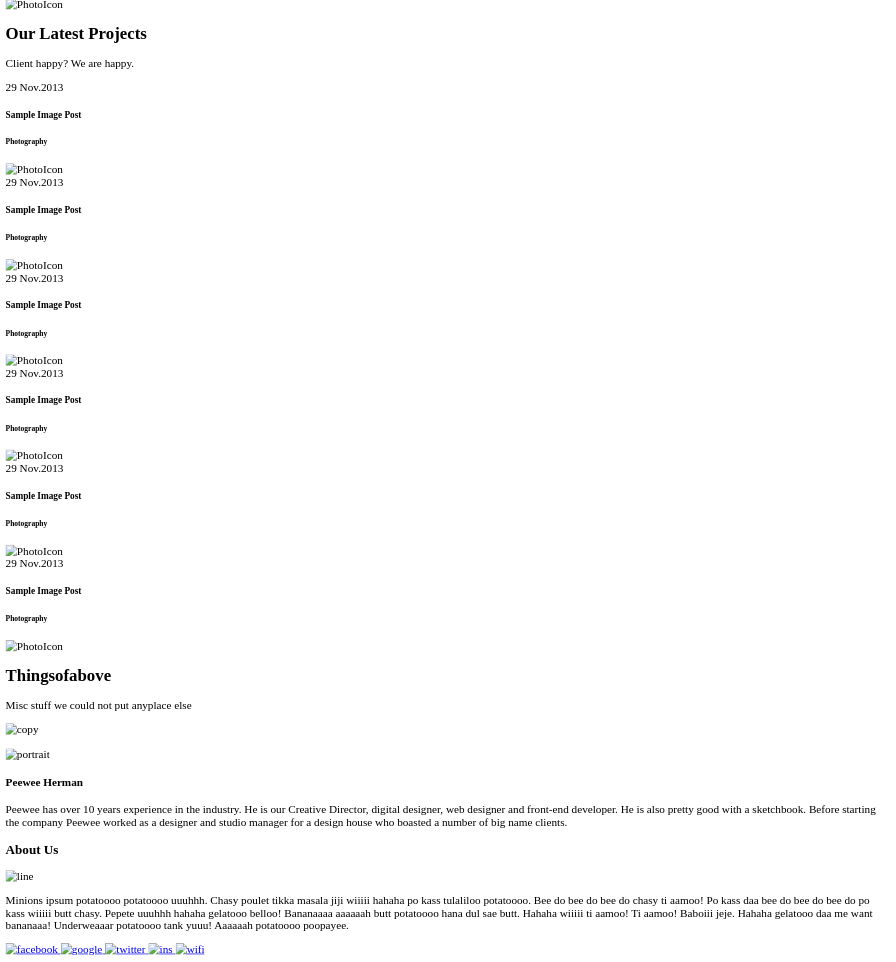
Repository: NelsonLiz/LAB_03---Project_1
Page: index.html
The author's editor kept a copy of each file at every save. The page is drawn from the files as they stood at one save, then again after the next save.
The browser window is 1280 px wide. The pictures show the part of the page from y = 1235 to 3155 px (the page is 2609 px tall before and 3155 px after), at 70% of full size.

Above is the page before, as saved 2022-01-25 10:37:31.

### index.html
<!DOCTYPE html>
<html lang="en">
<head>
    <meta charset="UTF-8">
    <meta http-equiv="X-UA-Compatible" content="IE=edge">
    <meta name="viewport" content="width=device-width, initial-scale=1.0">
    <title>Metrolics</title>
</head>
<body>
    <div id="NavigationBar">
        <h1>Metrolics</h1>
        <img src="" alt="MetrolicsLOGO">
        <div class="buttons">
            <button id="Home">Home</button>
            <button id="Pages">Pages</button>
            <button id="Blog">Blog</button>
            <button id="Portfolio">Portfolio</button>
            <button id="Email">Email</button>
        </div>
    </div>
    <div id="SlidableImages">
        <div>MetroStyle</div>
        <div>RetinaReady</div>
        <div>ResponsiveDesign</div>
        <div id="left"></div>
        <div id="right"></div>
        <img src="" alt="Minion!">
    </div>
    <div id="Main">
        <div>
            <h2>Hey guys! This is the Metrolics theme.
It sports a responsive layout with a mobile layout.</h2>
        </div>
        <div id="services">
            <h3>Things That We Do</h3>
            <h6>Ask us what we can do for you</h6>
            <img src="" alt="WebSolutions">
            <img src="" alt="Photography">
            <img src="" alt="WebDevelopment">
            <img src="" alt="WebDesign">
            <h3>Web Solutions</h3>
                <p>We are a fairly small, flexible design studio that designs for print and web. We work flexibly with clients to fulfil their design needs. Whether you need to create a brand from scratch, including marketing materials and a beautiful and functional website or whether you are looking for a design refresh we are confident you will be pleased with the results.</p>
            <h3>Photography</h3>
                <p>We are a fairly small, flexible design studio that designs for print and web. We work flexibly with clients to fulfil their design needs. Whether you need to create a brand from scratch, including marketing materials and a beautiful and functional website or whether you are looking for a design refresh we are confident you will be pleased with the results.</p>
            <h3>Web Development</h3>
                <p>We are a fairly small, flexible design studio that designs for print and web. We work flexibly with clients to fulfil their design needs. Whether you need to create a brand from scratch, including marketing materials and a beautiful and functional website or whether you are looking for a design refresh we are confident you will be pleased with the results.</p>
            <h3>Web Design</h3>
                <p>We are a fairly small, flexible design studio that designs for print and web. We work flexibly with clients to fulfil their design needs. Whether you need to create a brand from scratch, including marketing materials and a beautiful and functional website or whether you are looking for a design refresh we are confident you will be pleased with the results.</p>
        </div>
        <div id="blog">
            <h2>What’s Up Lately?</h2>
            <p>Read up on our latest work</p>
            <span class="blog1">
                <div id="data">29 Nov.2013</div>
                <div>
                    <h5>Sample Image Post</h5>
                    <h6>Photography</h6>
                    <img src="" alt="PhotoIcon">
                </div>
            </span>
            <span class="blog2">
                <div id="data">29 Nov.2013</div>
                <div>
                    <h5>Sample Image Post</h5>
                    <h6>Photography</h6>
                    <img src="" alt="PhotoIcon">
                </div>
            </span>
            <span class="blog3">
                <div id="data">29 Nov.2013</div>
                <div>
                    <h5>Sample Image Post</h5>
                    <h6>Photography</h6>
                    <img src="" alt="PhotoIcon">
                </div>
            </span>
            <div id="line"></div>
            <div id="line2"></div>
        </div>
        <div id="LatestProjects">
            <h2>Our Latest Projects</h2>
            <p>Client happy? We are happy.</p>
            <div id="Projects">
                <span class="blog4">
                    <div id="data">29 Nov.2013</div>
                    <div>
                        <h5>Sample Image Post</h5>
                        <h6>Photography</h6>
                        <img src="" alt="PhotoIcon">
                    </div>
                </span>
                <span class="blog5">
                    <div id="data">29 Nov.2013</div>
                    <div>
                        <h5>Sample Image Post</h5>
                        <h6>Photography</h6>
                        <img src="" alt="PhotoIcon">
                    </div>
                </span>
                <span class="blog6">
                    <div id="data">29 Nov.2013</div>
                    <div>
                        <h5>Sample Image Post</h5>
                        <h6>Photography</h6>
                        <img src="" alt="PhotoIcon">
                    </div>
                </span>
                <span class="blog7">
                    <div id="data">29 Nov.2013</div>
                    <div>
                        <h5>Sample Image Post</h5>
                        <h6>Photography</h6>
                        <img src="" alt="PhotoIcon">
                    </div>
                </span>
                <span class="blog8">
                    <div id="data">29 Nov.2013</div>
                    <div>
                        <h5>Sample Image Post</h5>
                        <h6>Photography</h6>
                        <img src="" alt="PhotoIcon">
                    </div>
                </span>
                <span class="blog9">
                    <div id="data">29 Nov.2013</div>
                    <div>
                        <h5>Sample Image Post</h5>
                        <h6>Photography</h6>
                        <img src="" alt="PhotoIcon">
                    </div>
                </span>
            </div>
        </div>
        <div id="demo">
            <h2>Thingsofabove</h2>
            <p>Misc stuff we could not put anyplace else</p>
            <img src="" alt="copy">
        </div>
        <div id="clients">
            <img src="" alt="">
            <img src="" alt="">
            <img src="" alt="">
            <img src="" alt="">
            <img src="" alt="">
        </div>
    </div>
    <div id="footer">
        <div id="header">
            <img src="" alt="portrait">
            <h4>Peewee Herman</h4>
            <p>Peewee has over 10 years experience in the industry. He is our Creative Director, digital designer, web designer and front-end developer. He is also pretty good with a sketchbook. Before starting the company Peewee worked as a designer and studio manager for a design house who boasted a number of big name clients.</p>
            <div></div>
            <div></div>
        </div>
        <div id="content">
            <span class="about">
                <h3>About Us</h3>
                <img src="" alt="line">
                <p>Minions ipsum potatoooo potatoooo uuuhhh. Chasy poulet tikka masala jiji wiiiii hahaha po kass tulaliloo potatoooo. Bee do bee do bee do chasy ti aamoo! Po kass daa bee do bee do bee do po kass wiiiii butt chasy. Pepete uuuhhh hahaha gelatooo belloo! Bananaaaa aaaaaah butt potatoooo hana dul sae butt. Hahaha wiiiii ti aamoo! Ti aamoo! Baboiii jeje. Hahaha gelatooo daa me want bananaaa! Underweaaar potatoooo tank yuuu! Aaaaaah potatoooo poopayee. </p>
                <div class="navbar">
                    <a href="#facebook">
                        <img src="" alt="facebook">
                    </a>
                    <a href="#google">
                        <img src="" alt="google">
                    </a>
                    <a href="#twitter">
                        <img src="" alt="twitter">
                    </a>
                    <a href="#ins">
                        <img src="" alt="ins">
                    </a>
                    <a href="#wifi">
                        <img src="" alt="wifi">
                    </a>
                </div>
            </span>
            <span class="flickr"></span>
            <span class="tweets"></span>
            <span class="newsletter"></span>
        </div>
        <div id="bg"></div>
    </div>
</body>
</html>

After the next save:
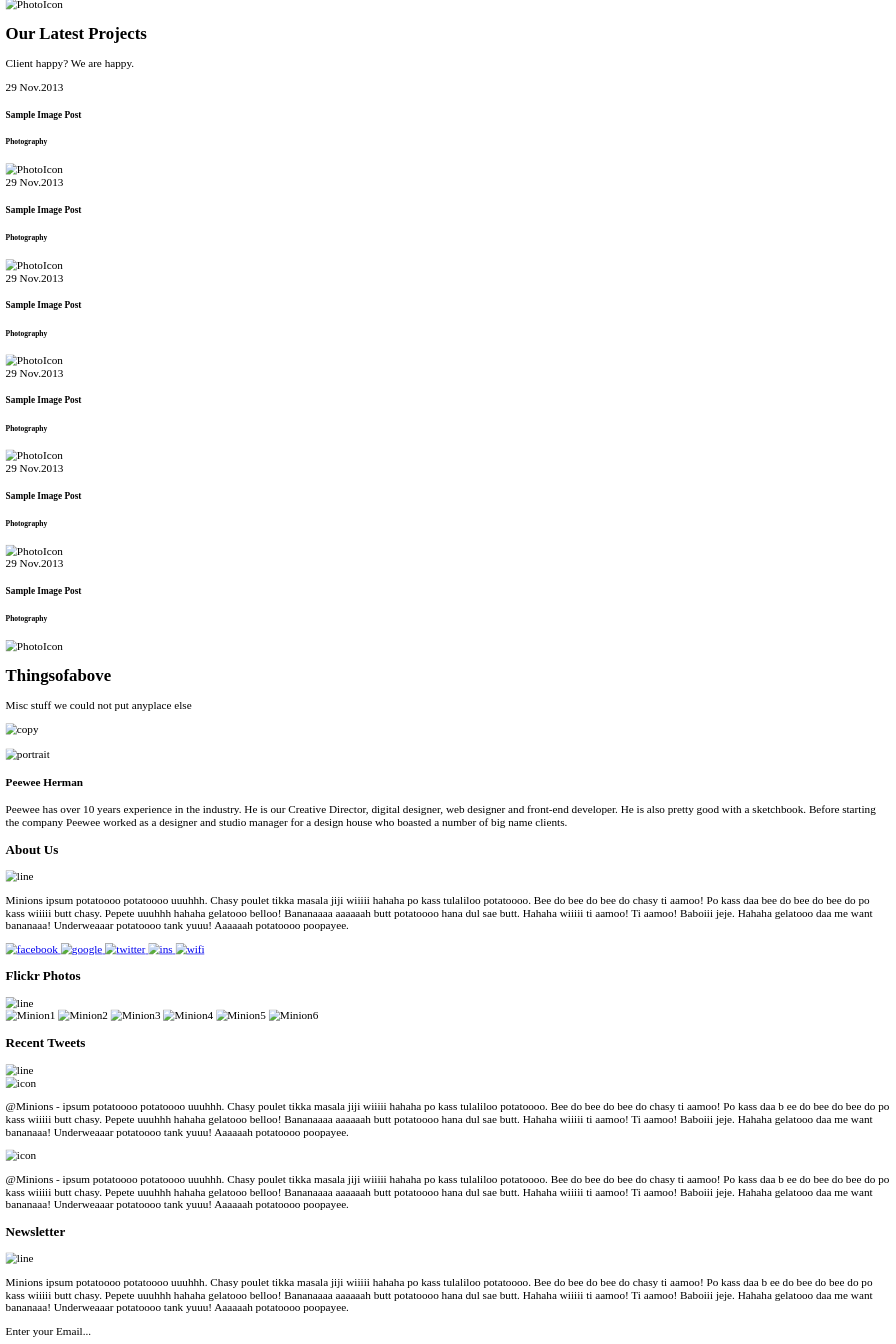
Saved 11 min 32 s later.
--- a/index.html
+++ b/index.html
@@ -18,7 +18,7 @@
             <button id="Email">Email</button>
         </div>
     </div>
-    <div id="SlidableImages">
+    <div id="slider">
         <div>MetroStyle</div>
         <div>RetinaReady</div>
         <div>ResponsiveDesign</div>
@@ -175,9 +175,37 @@ It sports a responsive layout with a mobile layout.</h2>
                     </a>
                 </div>
             </span>
-            <span class="flickr"></span>
-            <span class="tweets"></span>
-            <span class="newsletter"></span>
+            <span class="flickr">
+                <h3>Flickr Photos</h3>
+                <img src="" alt="line">
+                <div class="Minions">
+                    <img src="" alt="Minion1">
+                    <img src="" alt="Minion2">
+                    <img src="" alt="Minion3">
+                    <img src="" alt="Minion4">
+                    <img src="" alt="Minion5">
+                    <img src="" alt="Minion6">
+                </div>
+            </span>
+            <span class="tweets">
+                <h3>Recent Tweets</h3>
+                <img src="" alt="line">
+                <div class="tweet1">
+                    <img src="" alt="icon">
+                    <p>@Minions - ipsum potatoooo potatoooo uuuhhh. Chasy poulet tikka masala jiji wiiiii hahaha po kass tulaliloo potatoooo. Bee do bee do bee do chasy ti aamoo! Po kass daa b ee do bee do bee do po kass wiiiii butt chasy. Pepete uuuhhh hahaha gelatooo belloo!    Bananaaaa aaaaaah butt potatoooo hana dul sae butt. Hahaha wiiiii ti aamoo! Ti aamoo! Baboiii jeje. Hahaha gelatooo daa me want bananaaa! Underweaaar potatoooo tank yuuu! Aaaaaah potatoooo poopayee. </p>
+                </div>
+                <div class="tweet2">
+                    <img src="" alt="icon">
+                    <p>@Minions - ipsum potatoooo potatoooo uuuhhh. Chasy poulet tikka masala jiji wiiiii hahaha po kass tulaliloo potatoooo. Bee do bee do bee do chasy ti aamoo! Po kass daa b ee do bee do bee do po kass wiiiii butt chasy. Pepete uuuhhh hahaha gelatooo belloo!    Bananaaaa aaaaaah butt potatoooo hana dul sae butt. Hahaha wiiiii ti aamoo! Ti aamoo! Baboiii jeje. Hahaha gelatooo daa me want bananaaa! Underweaaar potatoooo tank yuuu! Aaaaaah potatoooo poopayee. </p>
+                </div>
+            </span>
+            <span class="newsletter">
+                <h3>Newsletter</h3>
+                <img src="" alt="line">
+                <p>Minions ipsum potatoooo potatoooo uuuhhh. Chasy poulet tikka masala jiji wiiiii hahaha po kass tulaliloo potatoooo. Bee do bee do bee do chasy ti aamoo! Po kass daa b ee do bee do bee do po kass wiiiii butt chasy. Pepete uuuhhh hahaha gelatooo belloo!    Bananaaaa aaaaaah butt potatoooo hana dul sae butt. Hahaha wiiiii ti aamoo! Ti aamoo! Baboiii jeje. Hahaha gelatooo daa me want bananaaa! Underweaaar potatoooo tank yuuu! Aaaaaah potatoooo poopayee. </p>
+                <div>Enter your Email...</div>
+                <div></div>
+            </span>
         </div>
         <div id="bg"></div>
     </div>
